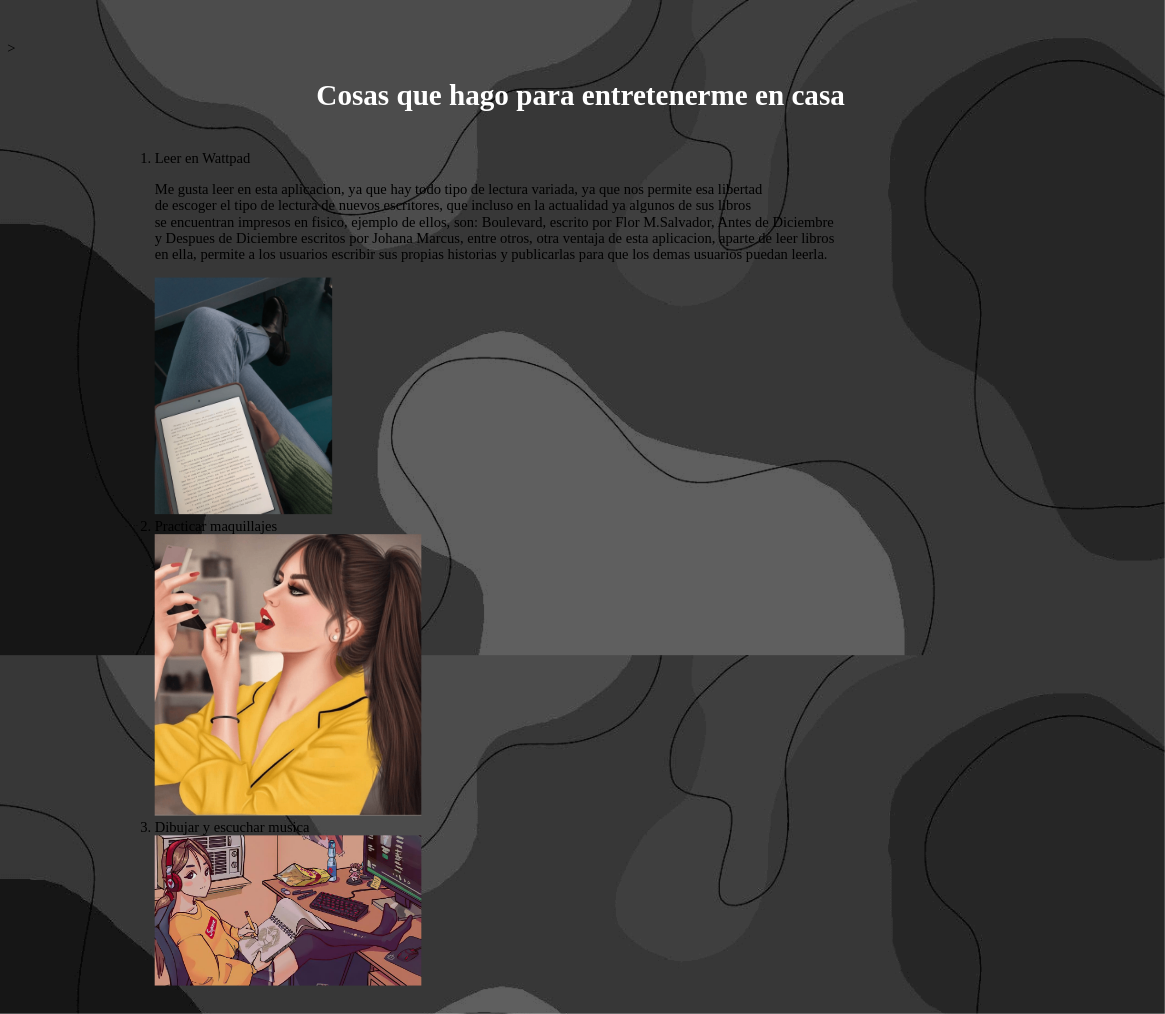
Repository: darlyn-saravia27/portafolio-darlynsaravia
Page: archivoshtml/entretenimiento.html
An editor plug-in stored every save of this project. The page is shown before and after the next save, followed by the edit.
The browser window is 1280 px wide. The pictures show the whole page, at 91% of full size.

Above is the page before, as saved 2023-03-05 03:51:42.

After the next save:
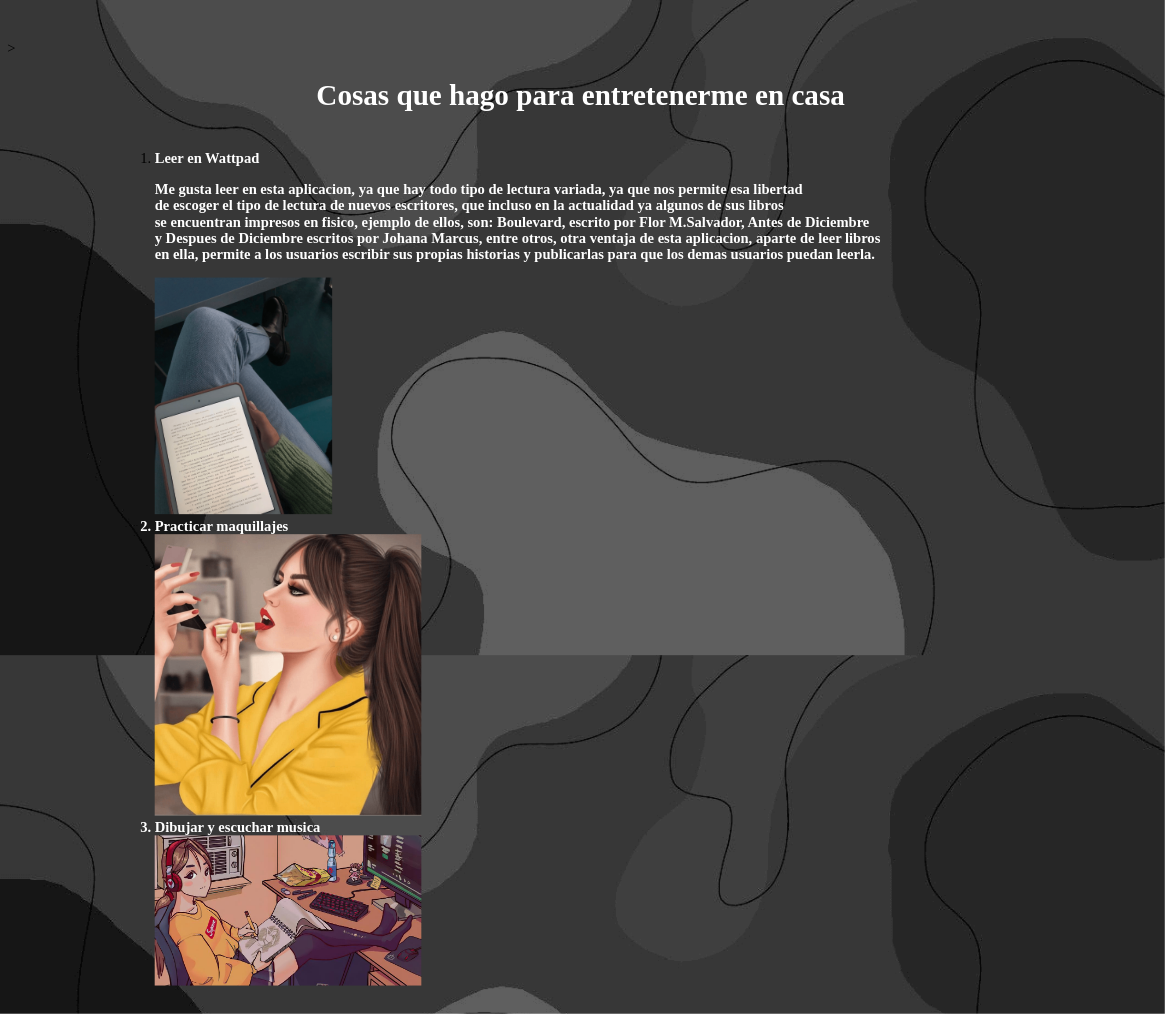
Saved 46 s later.
--- a/archivoshtml/entretenimiento.html
+++ b/archivoshtml/entretenimiento.html
@@ -17,8 +17,8 @@
         </tr>>
         <tr>
             <td>
-                <ol type="1"><li>Leer en Wattpad</li>
-                    <p>Me gusta leer en esta aplicacion, ya que hay todo tipo de lectura variada, ya que nos permite esa libertad<br>
+                <ol type="1"><li><font color="white"><strong>Leer en Wattpad</li>
+                    <p><font color="white">Me gusta leer en esta aplicacion, ya que hay todo tipo de lectura variada, ya que nos permite esa libertad<br>
                     de escoger el tipo de lectura de nuevos escritores, que incluso en la actualidad ya algunos de sus libros<br>
                     se encuentran impresos en fisico, ejemplo de ellos, son: Boulevard, escrito por Flor M.Salvador, Antes de Diciembre<br>
                     y Despues de Diciembre escritos por Johana Marcus, entre otros, otra ventaja de esta aplicacion, aparte de leer libros<br>
